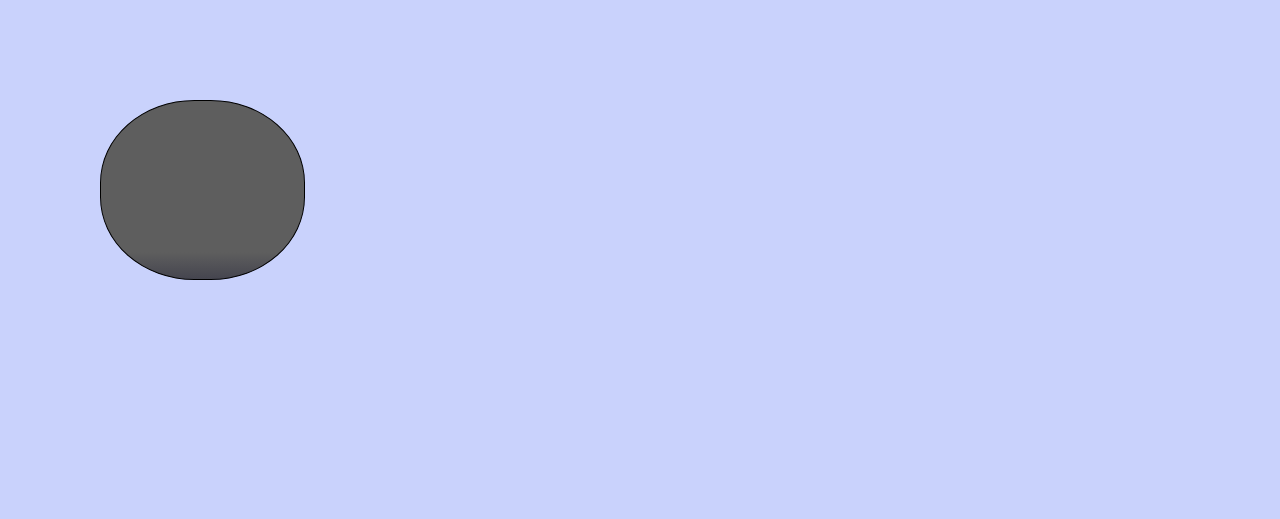
Repository: cipdanila/freeCodeCamp
Page: CatPainting/index.html
The author's editor kept a copy of each file at every save. The page is drawn from the files as they stood at one save, then again after the next save.
The browser window is 1280 px wide. The pictures show the whole page.

Above is the page before, as saved 2023-10-20 18:26:10.

After the next save:
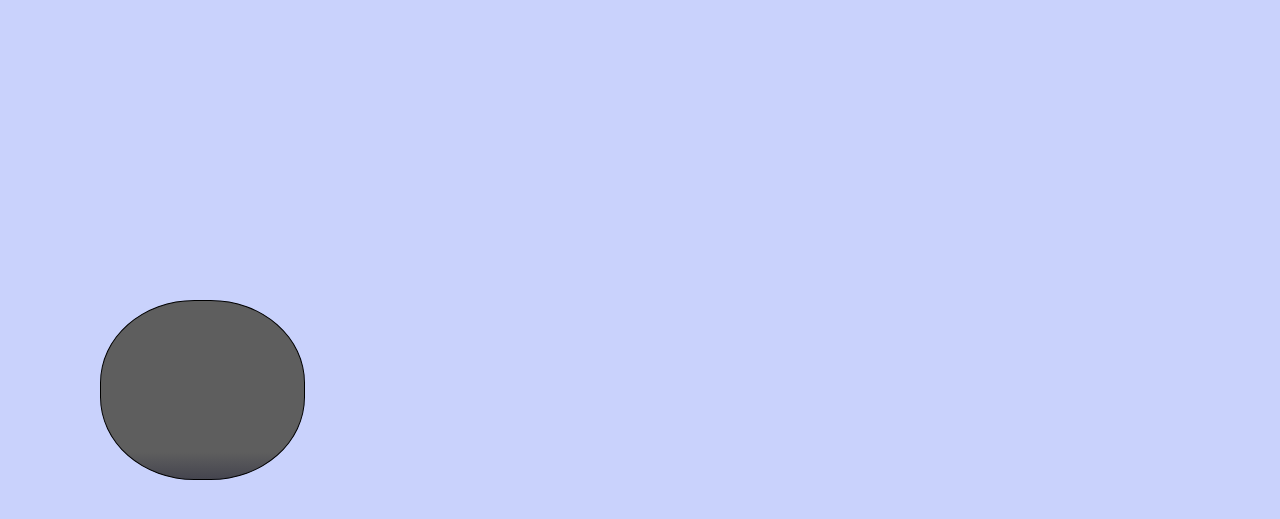
Saved 20 s later.
--- a/CatPainting/styles.css
+++ b/CatPainting/styles.css
@@ -8,7 +8,7 @@
 
 .cat-head {
     position: absolute;
-    top: 100px;
+    top: 300px;
     left: 100px;
     width: 205px;
     height: 180px;
